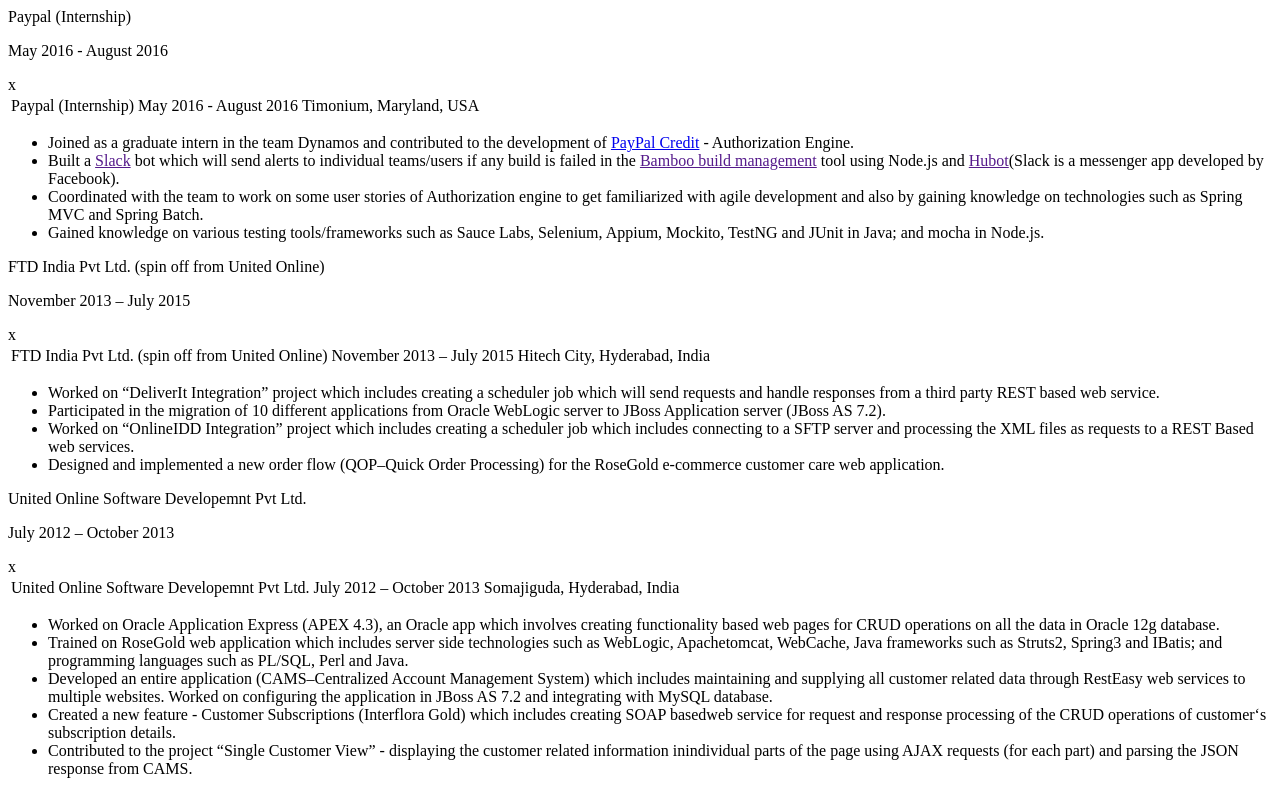
Repository: phanindrakannaji/Resume
Page: http://localhost/application/pages/experience.php
An editor plug-in stored every save of this project. The page is shown before and after the next save, followed by the edit.
The browser window is 1280 px wide. The pictures show the whole page.
The page is run by PHP 8.4 with error messages shown; the project is at /var/www/html/.

Above is the page before, as saved 2016-09-25 17:57:41.
Console error: ReferenceError: $ is not defined

### Resume/application/pages/experience.php
<script type="text/javascript"
	src="../resources/scripts/refreshScript.js"></script>
<div class="divExperience customfont2">
	<div class="divExperienceHeading">
		<p class="expHeading">Paypal (Internship)</p>
		<p class="expHeadingContent">May 2016 - August
			2016</p>
	</div>
	<div class="divExperienceWork modal">
		<div class="modal-content">
			<span class="close">x</span>
			<table>
				<tr>
					<td class="customfont2 normaltext">Paypal (Internship)</td>
					<td class="customfont2 normaltext">May 2016 - August 2016</td>
					<td class="customfont2 normaltext">Timonium, Maryland, USA</td>
				</tr>
			</table>
			<ul>
				<li>Joined as a graduate intern in the team Dynamos and contributed
					to the development of <a
					href="https://en.wikipedia.org/wiki/PayPal_Credit" target="blank">PayPal
						Credit</a> - Authorization Engine.
				</li>
				<li>Built a <a href="" target="blank">Slack</a> bot which will send
					alerts to individual teams/users if any build is failed in the <a
					href="" target="blank">Bamboo build management</a> tool using
					Node.js and <a href="" target="blank">Hubot</a>(Slack is a
					messenger app developed by Facebook).
				</li>
				<li>Coordinated with the team to work on some user stories of
					Authorization engine to get familiarized with agile development and
					also by gaining knowledge on technologies such as Spring MVC and
					Spring Batch.</li>
				<li>Gained knowledge on various testing tools/frameworks such as
					Sauce Labs, Selenium, Appium, Mockito, TestNG and JUnit in Java;
					and mocha in Node.js.</li>
			</ul>
		</div>
	</div>
</div>

<div class="divExperience customfont2">
	<div class="divExperienceHeading">
		<p class="expHeading">FTD India Pvt Ltd. (spin off from United Online)</p>
		<p class="expHeadingContent">November 2013 –
			July 2015</p>
	</div>
	<div class="divExperienceWork modal">
		<div class="modal-content">
			<span class="close">x</span>
			<table>
				<tr>
					<td class="customfont2 normaltext">FTD India Pvt Ltd. (spin off from United Online)</td>
					<td class="customfont2 normaltext">November 2013 – July 2015</td>
					<td class="customfont2 normaltext">Hitech City, Hyderabad, India</td>
				</tr>
			</table>


			<ul>
				<li>Worked on “DeliverIt Integration” project which includes
					creating a scheduler job which will send requests and handle
					responses from a third party REST based web service.</li>
				<li>Participated in the migration of 10 different applications from
					Oracle WebLogic server to JBoss Application server (JBoss AS 7.2).</li>
				<li>Worked on “OnlineIDD Integration” project which includes
					creating a scheduler job which includes connecting to a SFTP server
					and processing the XML files as requests to a REST Based web
					services.</li>
				<li>Designed and implemented a new order flow (QOP–Quick Order
					Processing) for the RoseGold e-commerce customer care web
					application.</li>
			</ul>
		</div>
	</div>
</div>

<div class="divExperience customfont2">
	<div class="divExperienceHeading">
		<p class="expHeading">United Online Software Developemnt Pvt Ltd.</p>
		<p class="expHeadingContent">July 2012 – October
			2013</p>
	</div>
	<div class="divExperienceWork modal">
		<div class="modal-content">
			<span class="close">x</span>
			<table>
				<tr>
					<td class="customfont2 normaltext">United Online Software Developemnt Pvt Ltd.</td>
					<td class="customfont2 normaltext">July 2012 – October 2013</td>
					<td class="customfont2 normaltext">Somajiguda, Hyderabad, India</td>
				</tr>
			</table>
			<ul>
				<li>Worked on Oracle Application Express (APEX 4.3), an Oracle app
					which involves creating functionality based web pages for CRUD
					operations on all the data in Oracle 12g database.</li>
				<li>Trained on RoseGold web application which includes server side
					technologies such as WebLogic, Apachetomcat, WebCache, Java
					frameworks such as Struts2, Spring3 and IBatis; and programming
					languages such as PL/SQL, Perl and Java.</li>
				<li>Developed an entire application (CAMS–Centralized Account
					Management System) which includes maintaining and supplying all
					customer related data through RestEasy web services to multiple
					websites. Worked on configuring the application in JBoss AS 7.2 and
					integrating with MySQL database.</li>
				<li>Created a new feature - Customer Subscriptions (Interflora Gold)
					which includes creating SOAP basedweb service for request and
					response processing of the CRUD operations of customer‘s
					subscription details.</li>
				<li>Contributed to the project “Single Customer View” - displaying
					the customer related information inindividual parts of the page
					using AJAX requests (for each part) and parsing the JSON response
					from CAMS.</li>
			</ul>
		</div>
	</div>
</div>
<script type="text/javascript" src="../resources/scripts/experience.js"></script>

### Resume/resources/scripts/refreshScript.js
$(document).ready(function(){
	$("#commandInput").keypress(function(e){
		keypressInBox(e);
	});
	$("#commandInput").focus();
})

### Resume/resources/scripts/experience.js
$(document).ready(function(){
	$('.divExperienceHeading').click(function(){
		$(this).parent().children().last().css("display", "block");
	});
	var span = $(".close")[0];
	$(".close").click(function() {
	    $(this).parent().parent().css("display", "none");
	});
});

After the next save:
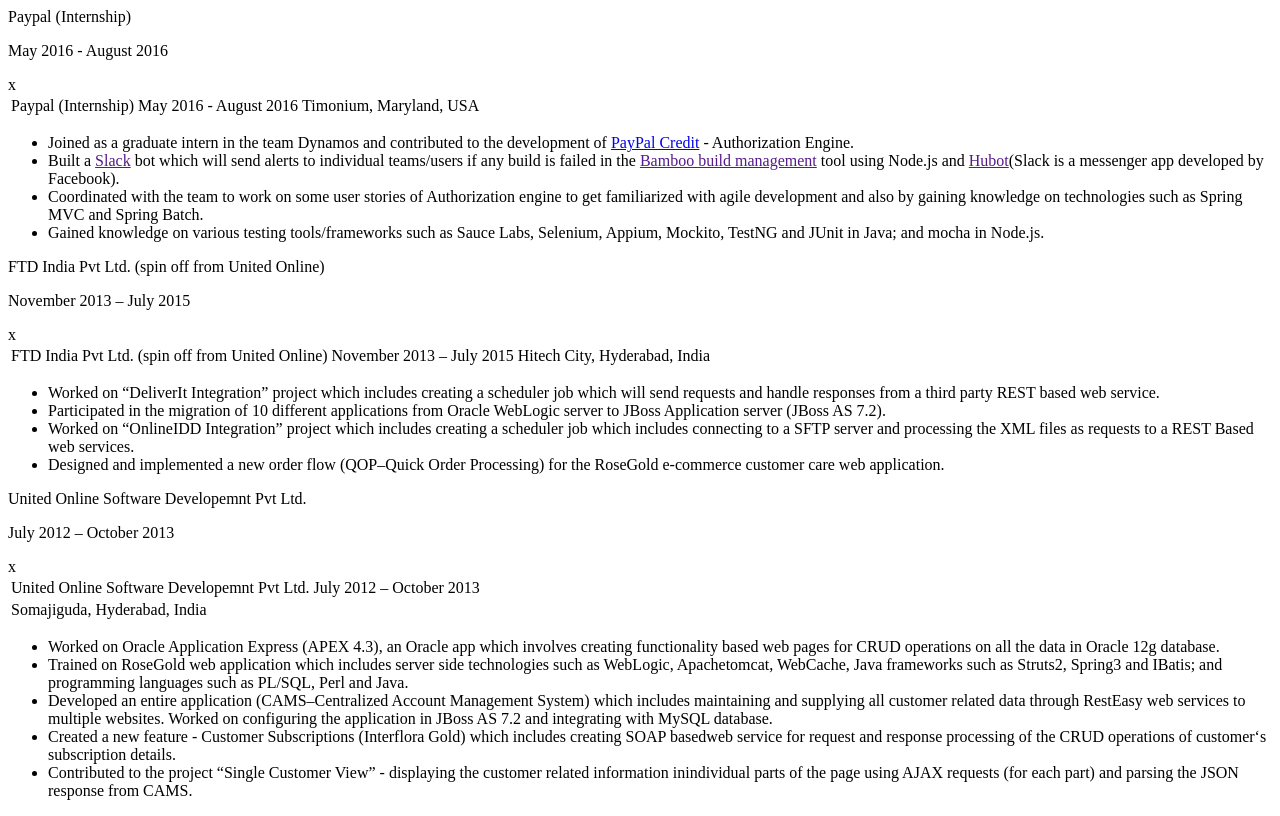
Saved 95 s later.
--- a/Resume/application/pages/experience.php
+++ b/Resume/application/pages/experience.php
@@ -87,8 +87,10 @@
 			<span class="close">x</span>
 			<table>
 				<tr>
-					<td class="customfont2 normaltext">United Online Software Developemnt Pvt Ltd.</td>
-					<td class="customfont2 normaltext">July 2012 – October 2013</td>
+					<td class="customfont2 normaltext" width="50%">United Online Software Developemnt Pvt Ltd.</td>
+					<td class="customfont2 normaltext"width="50%">July 2012 – October 2013</td>
+				</tr>
+				<tr>
 					<td class="customfont2 normaltext">Somajiguda, Hyderabad, India</td>
 				</tr>
 			</table>
